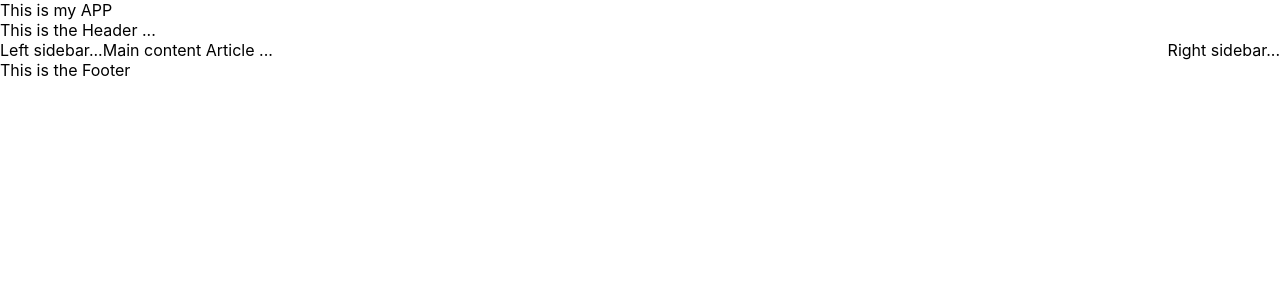
Repository: vnevescode/ui-components-react
Page: /
The author's editor kept a copy of each file at every save. The page is drawn from the files as they stood at one save, then again after the next save.
The browser window is 1280 px wide. The pictures show the whole page.
The project was rebuilt for these pictures with package versions that can differ from the ones it lists, and the page was loaded fresh each time. Also part of the build but not shown: src/components/Cards/Cards.styles.css, src/components/Cards/Cards.jsx.

Above is the page before, as saved 2022-06-09 22:50:15.

### src/App.js
import React from 'react';
import Cards from './components/Cards/Cards';
import HolyGrailLayout from './components/HolyGrailLayout/HolyGrailLayout';

function App() {
  return (
    <div className="App">
      <div>This is my APP</div>
      <HolyGrailLayout/>
    </div>
  );
}

export default App;

### src/components/HolyGrailLayout/HolyGrailLayout.jsx
import React from 'react'
import './HolyGrailLayout.styles.css'

const HolyGrailLayout = () => {
  return (
    <>
        <div className="container">
            <header>
                {'This is the Header ... '}
            </header>
            <main className='container__main'>
                {/* Left sidebar */}
                <aside className='conteiner__left'>
                    {' Left sidebar...'}
                </aside>
                {/* Main content */}
                <article className='container__middle'>
                    {' Main content Article ...'}
                </article>

                {/* Right sidebar */}
                <nav className='container__right'>
                    {' Right sidebar...'}
                </nav>
            </main>
            <footer>
                {'This is the Footer'}
            </footer>
        </div>
    </>
  )
}

export default HolyGrailLayout

### src/components/HolyGrailLayout/HolyGrailLayout.styles.css
.container{
    display: flex;
    flex-direction: column;
    }
    .container__main{
        /* Take the remaining height */
        flex-grow: 1;

        /*  Layout the left sidebar, main content and right sidebar */
        display: flex;
        flex-direction: row;
    }

    .container__left{
        width: 25%;
    }
    .container__middle{
        /* Take the remaining width */
        flex-grow: 1;
    }

Loaded but not shown: public/index.html (common file); src/index.js (common file); src/index.css (common file)

After the next save:
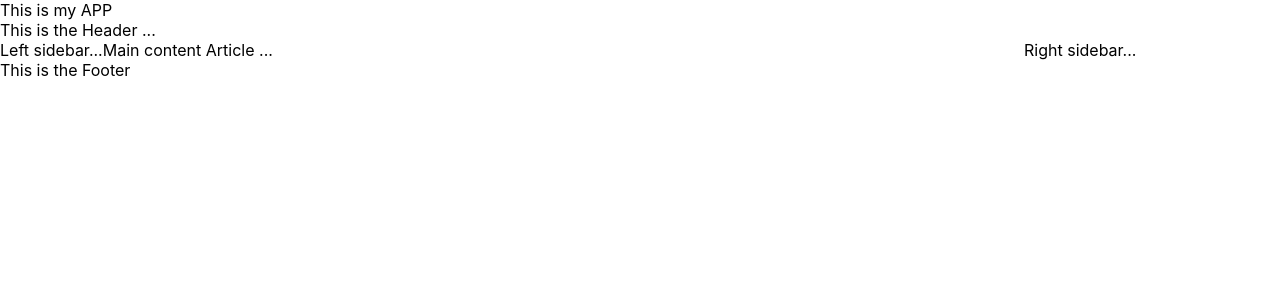
Saved 52 s later.
--- a/src/components/HolyGrailLayout/HolyGrailLayout.styles.css
+++ b/src/components/HolyGrailLayout/HolyGrailLayout.styles.css
@@ -18,3 +18,7 @@
         /* Take the remaining width */
         flex-grow: 1;
     }
+
+    .container__right{
+        width: 20%;
+    }
